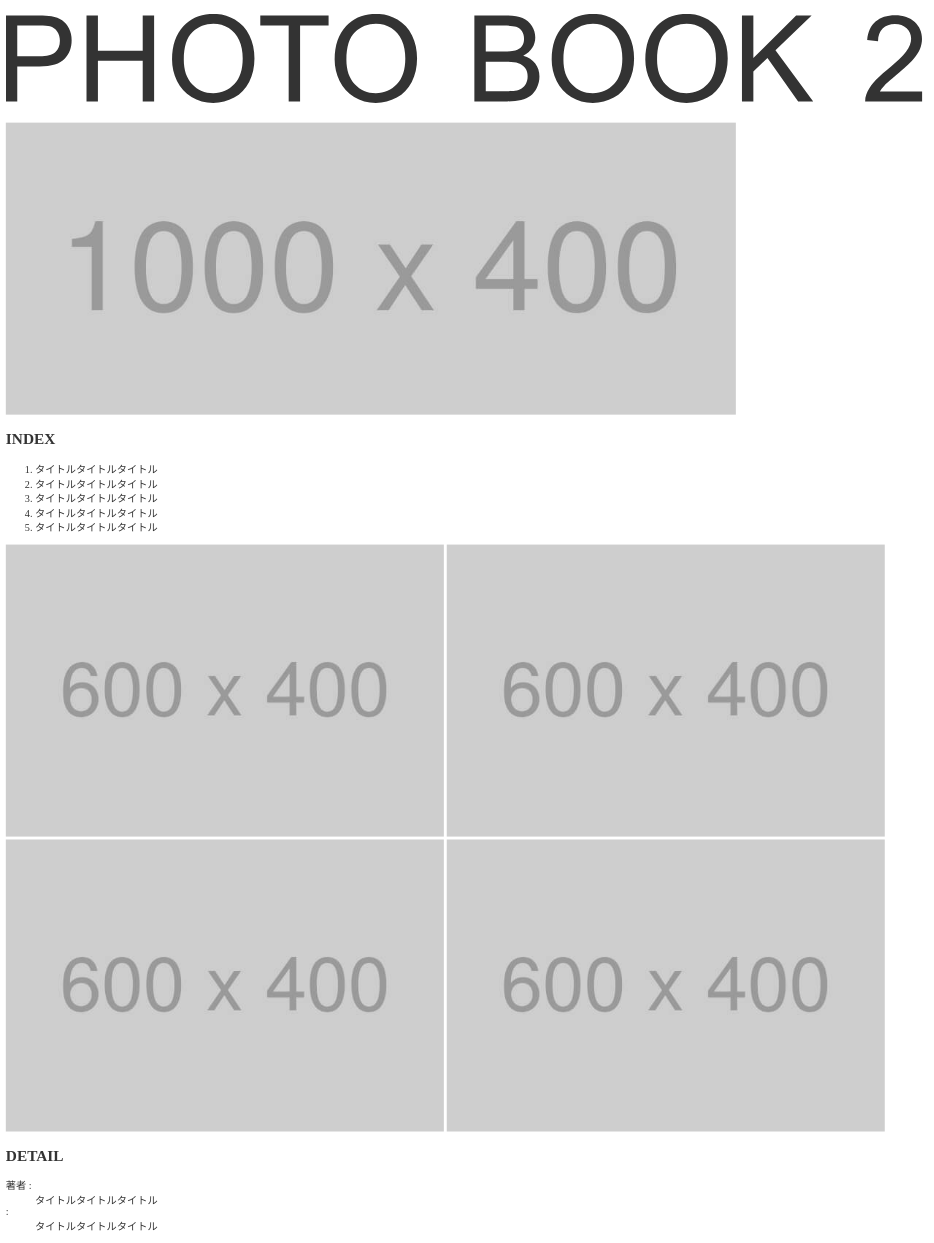
Repository: Fuki-san/photo-book-2
Page: http://localhost/photobook
An editor plug-in stored every save of this project. The page is shown before and after a run of saves, followed by the edit.
The browser window is 1280 px wide. The pictures show the whole page, at 73% of full size.
The page is served by the project's Laravel application, run on PHP 8.4 with Laravel 10. Other server files are loaded and not shown.

Above is the page before, as saved 2023-11-29 19:47:42.

### routes/web.php
<?php

use Illuminate\Support\Facades\Route;

/*
|--------------------------------------------------------------------------
| Web Routes
|--------------------------------------------------------------------------
|
| Here is where you can register web routes for your application. These
| routes are loaded by the RouteServiceProvider and all of them will
| be assigned to the "web" middleware group. Make something great!
|
*/

Route::get('/', function () {
    return view('welcome');
});

Route::get('photobook', function() {
    return view('photobook');
})->name('photobook');

### resources/views/photobook.blade.php
@extends('layouts.main')

@section('title', 'photobook')

@section('content')
    <div class="container">
        <header id="header">
            <h1 class="site-title"><a href="#"><img src="img/logo.svg" alt=""></a></h1>
        </header>

        <main>

            <div id="mainvisual">
                <img src="img/mainvisual.jpg" alt="">
            </div>

            <section id="index">
                <div class="inner">
                    <h2 class="sec-title">INDEX</h2>
                    <ol class="index-list">
                        <li>タイトルタイトルタイトル</li>
                        <li>タイトルタイトルタイトル</li>
                        <li>タイトルタイトルタイトル</li>
                        <li>タイトルタイトルタイトル</li>
                        <li>タイトルタイトルタイトル</li>
                    </ol>
                </div>
            </section>

            <section id="photo">
                <div class="inner">
                    <div class="flex-wrap">
                        <img src="img/photo1.jpg" alt="">
                        <img src="img/photo2.jpg" alt="">
                        <img src="img/photo3.jpg" alt="">
                        <img src="img/photo4.jpg" alt="">
                    </div>
                </div>
            </section>

            <section id="detail">
                <div class="inner">
                    <h2 class="sec-title">DETAIL</h2>
                    <div class="text">
                        <dl>
                            <dt>著者 : </dt><dd>タイトルタイトルタイトル</dd>
                            <dt> : </dt><dd>タイトルタイトルタイトル</dd>
                        </dl>
                    </div>
                </div>
            </section>
        </main>

        <footer id="footer"></footer>

    </div>
@endsection

### resources/views/layouts/main.blade.php
<!DOCTYPE html>
<html lang="ja">
<head>
    <meta charset="UTF-8">
    <meta name="viewport" content="width=device-width, initial-scale=1.0">
    <meta http-equiv="X-UA-Compatible" content="ie=edge">
    <link rel="stylesheet" href="{{ asset('css/reset.css') }}">
    <link rel="stylesheet" href="{{ asset('css/style.css') }}">
    <link rel="icon" href="img/favicon.ico">
    <title>@yield('title')</title>
</head>
<body>
    @yield('content')
</body>
</html>

### public/css/style.css
@charset "utf-8";

html{
    font-size: 100%;
}
body{
    color: #333;
    font-size: 0.875rem;
}
img{
    max-width: 100%;
}

### public/img/logo.svg
<?xml version="1.0" encoding="utf-8"?>
<!-- Generator: Adobe Illustrator 15.1.0, SVG Export Plug-In . SVG Version: 6.00 Build 0)  -->
<!DOCTYPE svg PUBLIC "-//W3C//DTD SVG 1.1//EN" "http://www.w3.org/Graphics/SVG/1.1/DTD/svg11.dtd">
<svg version="1.1" id="レイヤー_1" xmlns="http://www.w3.org/2000/svg" xmlns:xlink="http://www.w3.org/1999/xlink" x="0px"
	 y="0px" width="1600px" height="156px" viewBox="0 0 1600 156" enable-background="new 0 0 1600 156" xml:space="preserve">
<g>
	<path fill="#333333" d="M0,152.092V2.65h56.373c9.92,0,17.498,0.477,22.731,1.428c7.34,1.223,13.49,3.552,18.451,6.982
		c4.96,3.433,8.953,8.241,11.978,14.425c3.022,6.185,4.536,12.98,4.536,20.387c0,12.709-4.043,23.463-12.129,32.264
		c-8.09,8.802-22.699,13.202-43.834,13.202h-38.33v60.754H0z M19.775,73.702h38.636c12.775,0,21.847-2.379,27.217-7.136
		c5.369-4.757,8.053-11.451,8.053-20.082c0-6.252-1.581-11.604-4.741-16.056c-3.16-4.45-7.324-7.391-12.487-8.817
		c-3.33-0.883-9.481-1.325-18.452-1.325H19.775V73.702z"/>
	<path fill="#333333" d="M139.859,152.092V2.65h19.776v61.367h77.677V2.65h19.775v149.441h-19.775V81.652h-77.677v70.439H139.859z"
		/>
	<path fill="#333333" d="M288.174,79.309c0-24.805,6.66-44.224,19.98-58.258C321.473,7.019,338.667,0,359.735,0
		c13.795,0,26.232,3.298,37.309,9.889c11.076,6.593,19.521,15.784,25.332,27.574c5.811,11.791,8.716,25.163,8.716,40.112
		c0,15.155-3.059,28.713-9.175,40.674c-6.116,11.961-14.781,21.016-25.993,27.166c-11.214,6.15-23.311,9.226-36.291,9.226
		c-14.067,0-26.641-3.398-37.717-10.194c-11.079-6.794-19.471-16.071-25.179-27.829C291.029,104.86,288.174,92.425,288.174,79.309z
		 M308.562,79.614c0,18.01,4.843,32.197,14.527,42.559c9.684,10.364,21.831,15.546,36.442,15.546
		c14.884,0,27.131-5.231,36.75-15.699c9.615-10.464,14.423-25.313,14.423-44.546c0-12.165-2.057-22.784-6.167-31.856
		c-4.112-9.071-10.126-16.106-18.043-21.101c-7.917-4.995-16.804-7.493-26.656-7.493c-14,0-26.046,4.81-36.137,14.425
		C313.608,41.065,308.562,57.121,308.562,79.614z"/>
	<path fill="#333333" d="M490.425,152.092V20.286h-49.237V2.65h118.451v17.636h-49.439v131.806H490.425z"/>
	<path fill="#333333" d="M570.14,79.309c0-24.805,6.658-44.224,19.979-58.258C603.438,7.019,620.632,0,641.7,0
		c13.794,0,26.23,3.298,37.309,9.889c11.076,6.593,19.522,15.784,25.331,27.574c5.813,11.791,8.717,25.163,8.717,40.112
		c0,15.155-3.059,28.713-9.176,40.674c-6.114,11.961-14.779,21.016-25.992,27.166s-23.311,9.226-36.291,9.226
		c-14.068,0-26.641-3.398-37.717-10.194c-11.078-6.794-19.47-16.071-25.179-27.829C572.994,104.86,570.14,92.425,570.14,79.309z
		 M590.526,79.614c0,18.01,4.843,32.197,14.527,42.559c9.685,10.364,21.83,15.546,36.442,15.546
		c14.883,0,27.132-5.231,36.748-15.699c9.615-10.464,14.424-25.313,14.424-44.546c0-12.165-2.057-22.784-6.166-31.856
		c-4.113-9.071-10.127-16.106-18.043-21.101c-7.918-4.995-16.804-7.493-26.658-7.493c-14,0-26.044,4.81-36.136,14.425
		C595.572,41.065,590.526,57.121,590.526,79.614z"/>
	<path fill="#333333" d="M812.43,152.092V2.65h56.066c11.416,0,20.573,1.514,27.472,4.537c6.896,3.024,12.3,7.68,16.209,13.966
		c3.907,6.286,5.861,12.861,5.861,19.724c0,6.39-1.732,12.404-5.198,18.044c-3.467,5.641-8.7,10.193-15.7,13.659
		c9.039,2.65,15.987,7.172,20.848,13.558c4.857,6.389,7.289,13.933,7.289,22.631c0,7-1.479,13.506-4.435,19.521
		c-2.957,6.016-6.612,10.652-10.958,13.915c-4.352,3.261-9.806,5.726-16.363,7.391c-6.558,1.666-14.593,2.497-24.106,2.497H812.43z
		 M832.206,65.444h32.313c8.768,0,15.053-0.576,18.859-1.733c5.027-1.493,8.818-3.975,11.366-7.439
		c2.548-3.468,3.822-7.815,3.822-13.049c0-4.961-1.188-9.328-3.567-13.099c-2.38-3.773-5.776-6.354-10.192-7.748
		c-4.419-1.393-11.997-2.09-22.733-2.09h-29.868V65.444z M832.206,134.457h37.208c6.386,0,10.872-0.237,13.455-0.715
		c4.552-0.814,8.358-2.173,11.417-4.077c3.058-1.901,5.571-4.672,7.544-8.308c1.971-3.634,2.956-7.832,2.956-12.589
		c0-5.571-1.428-10.414-4.281-14.526c-2.854-4.111-6.814-6.999-11.876-8.665c-5.063-1.664-12.354-2.497-21.865-2.497h-34.558
		V134.457z"/>
	<path fill="#333333" d="M946.479,79.309c0-24.805,6.659-44.224,19.979-58.258C979.776,7.019,996.972,0,1018.039,0
		c13.794,0,26.23,3.298,37.309,9.889c11.077,6.593,19.521,15.784,25.331,27.574c5.812,11.791,8.717,25.163,8.717,40.112
		c0,15.155-3.058,28.713-9.175,40.674s-14.781,21.016-25.994,27.166s-23.311,9.226-36.29,9.226
		c-14.068,0-26.641-3.398-37.717-10.194c-11.078-6.794-19.47-16.071-25.18-27.829C949.332,104.86,946.479,92.425,946.479,79.309z
		 M966.865,79.614c0,18.01,4.842,32.197,14.526,42.559c9.685,10.364,21.83,15.546,36.442,15.546
		c14.884,0,27.133-5.231,36.749-15.699c9.615-10.464,14.424-25.313,14.424-44.546c0-12.165-2.057-22.784-6.166-31.856
		c-4.113-9.071-10.127-16.106-18.044-21.101c-7.917-4.995-16.803-7.493-26.657-7.493c-14.001,0-26.044,4.81-36.136,14.425
		C971.91,41.065,966.865,57.121,966.865,79.614z"/>
	<path fill="#333333" d="M1108.865,79.309c0-24.805,6.66-44.224,19.979-58.258C1142.163,7.019,1159.357,0,1180.426,0
		c13.794,0,26.23,3.298,37.31,9.889c11.076,6.593,19.521,15.784,25.332,27.574c5.811,11.791,8.715,25.163,8.715,40.112
		c0,15.155-3.059,28.713-9.175,40.674c-6.115,11.961-14.779,21.016-25.993,27.166s-23.312,9.226-36.29,9.226
		c-14.068,0-26.642-3.398-37.719-10.194c-11.078-6.794-19.469-16.071-25.177-27.829
		C1111.719,104.86,1108.865,92.425,1108.865,79.309z M1129.254,79.614c0,18.01,4.842,32.197,14.525,42.559
		c9.684,10.364,21.831,15.546,36.442,15.546c14.882,0,27.131-5.231,36.749-15.699c9.615-10.464,14.424-25.313,14.424-44.546
		c0-12.165-2.057-22.784-6.167-31.856c-4.113-9.071-10.127-16.106-18.043-21.101c-7.917-4.995-16.804-7.493-26.658-7.493
		c-13.999,0-26.044,4.81-36.135,14.425C1134.298,41.065,1129.254,57.121,1129.254,79.614z"/>
	<path fill="#333333" d="M1276.45,152.092V2.65h19.776V76.76l74.211-74.109h26.81l-62.691,60.552l65.444,88.89h-26.096
		l-53.213-75.638l-24.465,23.854v51.784H1276.45z"/>
</g>
<path fill="#333333" d="M1588.863,134.712v17.636h-98.777c-0.138-4.417,0.575-8.665,2.14-12.743
	c2.514-6.728,6.54-13.354,12.079-19.878c5.539-6.523,13.541-14.067,24.008-22.63c16.242-13.319,27.218-23.87,32.926-31.652
	c5.709-7.78,8.563-15.138,8.563-22.069c0-7.271-2.601-13.405-7.799-18.4c-5.199-4.995-11.978-7.492-20.337-7.492
	c-8.835,0-15.902,2.65-21.203,7.951s-7.986,12.641-8.053,22.019l-18.859-1.937c1.29-14.067,6.149-24.787,14.577-32.162
	c8.427-7.373,19.741-11.061,33.946-11.061c14.338,0,25.688,3.976,34.048,11.927c8.358,7.951,12.538,17.807,12.538,29.563
	c0,5.981-1.224,11.86-3.67,17.636c-2.446,5.776-6.508,11.86-12.182,18.247c-5.676,6.389-15.104,15.155-28.288,26.3
	c-11.009,9.243-18.078,15.513-21.203,18.808c-3.127,3.298-5.708,6.61-7.747,9.939H1588.863z"/>
</svg>

After the next 5 saves:
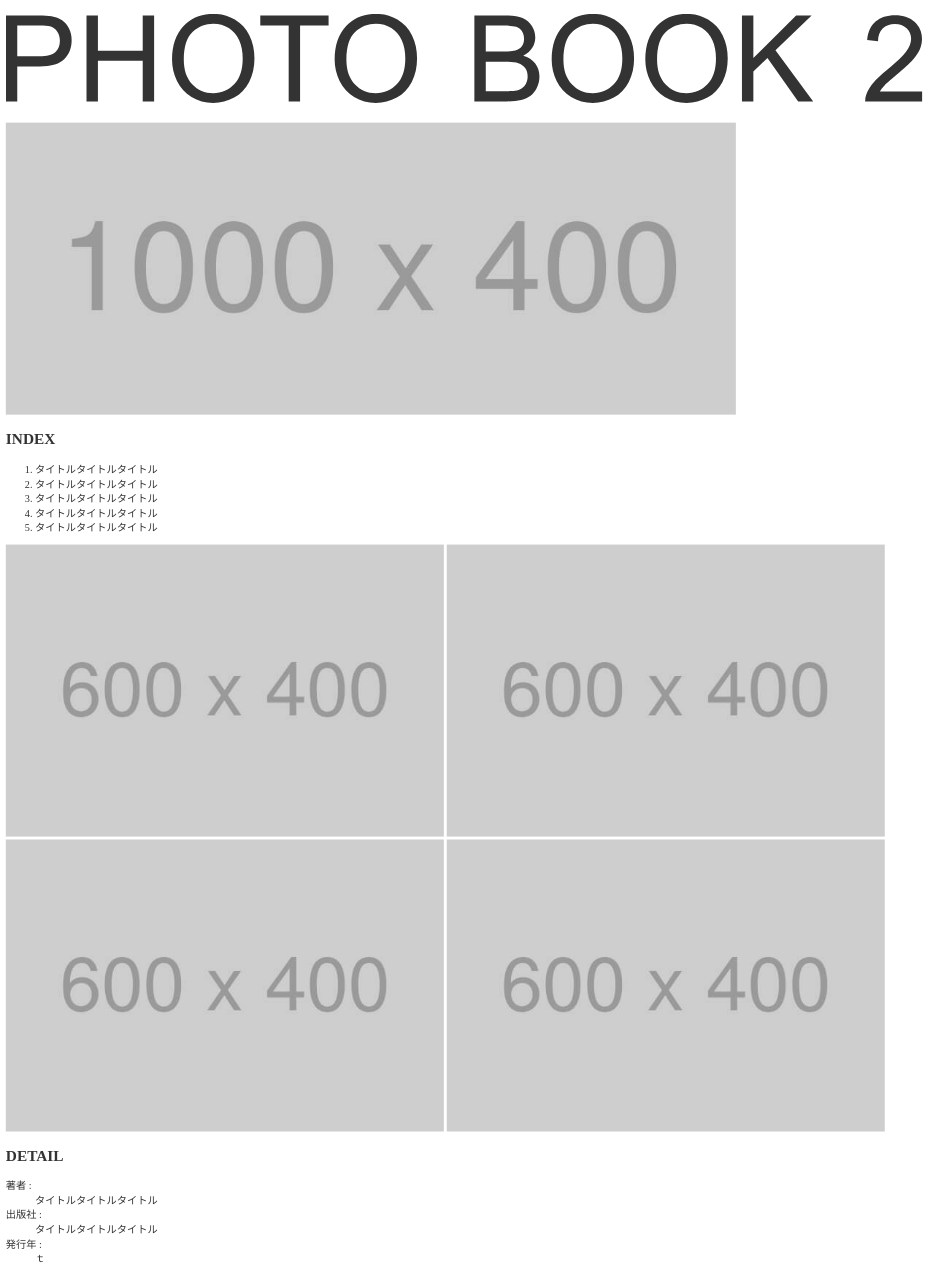
The 5 saves are shown as one change because they came seconds apart.
The last was saved 15 s later.
--- a/resources/views/photobook.blade.php
+++ b/resources/views/photobook.blade.php
@@ -44,7 +44,8 @@
                     <div class="text">
                         <dl>
                             <dt>著者 : </dt><dd>タイトルタイトルタイトル</dd>
-                            <dt> : </dt><dd>タイトルタイトルタイトル</dd>
+                            <dt>出版社 : </dt><dd>タイトルタイトルタイトル</dd>
+                            <dt>発行年 : </dt><dd>ｔ</dd>
                         </dl>
                     </div>
                 </div>
